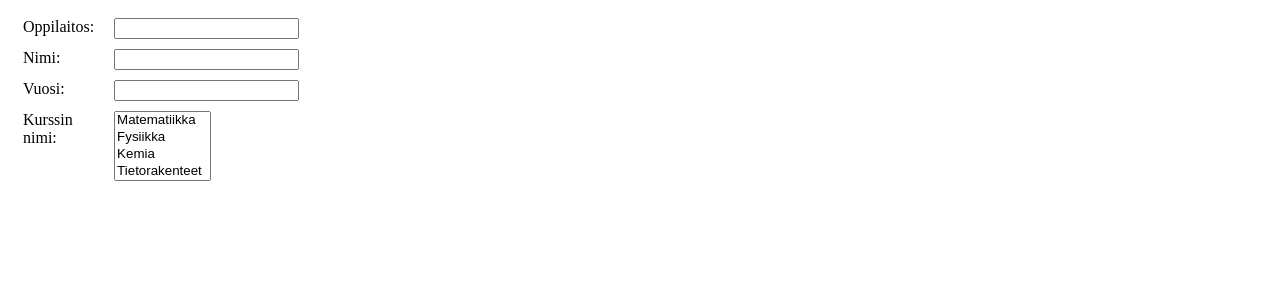
Repository: Niina-Maria/tehtavat-12-17-Niina-Maria2
Page: teht16.html
These files come from the project's save history. The page is drawn as it stood at one moment and after the next save; the edit follows.
The browser window is 1280 px wide. The pictures show the whole page.

Above is the page before, as saved 2024-11-20 12:38:14.

### teht16.html
<!DOCTYPE html>
<html>
    <head>
        <link rel="stylesheet" href="teht16.css">
    </head>
    <body>
        <div grid-container>
            <div class="taulukko">
                <div class="a a1">Oppilaitos:</div>
                <div class="a a2"><input type="text" id="school" name="school"></div>
                <div class="a a3">Nimi:</div>
                <div class="a a4"><input type="text" id="name" name="name"></div>
                <div class="a a5">Vuosi:</div>
                <div class="a a6"><input type="password" id="year" name="year"></div>
                <div class="a a7">Kurssin nimi:</div>
                <div class="a a8">
                    <select class="course" name="course" size="4">
                    <option value="matematiikka">Matematiikka</option>
                    <option value="fysiikka">Fysiikka</option>
                    <option value="kemia">Kemia</option>
                    <option value="tietorakenteet">Tietorakenteet</option>
                    <option value="webohjelmointi">Webohjelmointi</option>
                    </select>
                </div>
            </div>
        </div>
    </body>

### teht16.css
.grid-container {
    border: 1 px solid black;
}

.taulukko {
    display: grid;
    grid-template-columns: 2;
    width: 250px;
    margin: 5px;
    padding: 5px;
    border: 1 px solid black;
}

.taulukko div {

    grid-column: 1/span 2;
    justify-content: left;
    padding: 5px;
}

.taulukko .a1 {
    grid-column: 1 /span 1;
    border: 1 px solid black;
}

.taulukko .a2 {
    grid-column: 2/ span 2;
    justify-content: left;
    margin-left: 10px;
    border: 1 px solid black;
}

.taulukko .a3 {
    grid-column: 1 /span 1;
    border: 1 px solid black;
}

.taulukko .a4 {
    grid-column: 2/ span 2;
    justify-content: left;
    margin-left: 10px;
    border: 1 px solid black;
}


.taulukko .a5 {
    grid-column: 1 /span 1;
    border: 1 px solid black;
}

.taulukko .a6 {
    grid-column: 2/ span 2;
    justify-content: left;
    margin-left: 10px;
    border: 1 px solid black;
}

.taulukko .a7 {
    grid-column: 1 /span 1;
    border: 1 px solid black;
}

.taulukko .a8 {
    grid-column: 2/ span 2;
    justify-content: left;
    margin-left: 10px;
    border: 1 px solid black;
}

After the next save:
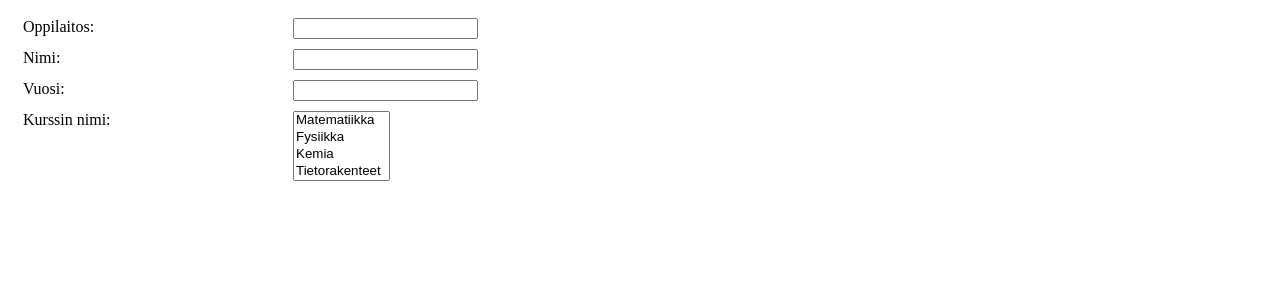
Saved 31 s later.
--- a/teht16.css
+++ b/teht16.css
@@ -16,6 +16,7 @@
     grid-column: 1/span 2;
     justify-content: left;
     padding: 5px;
+    width: 250px;
 }
 
 .taulukko .a1 {
